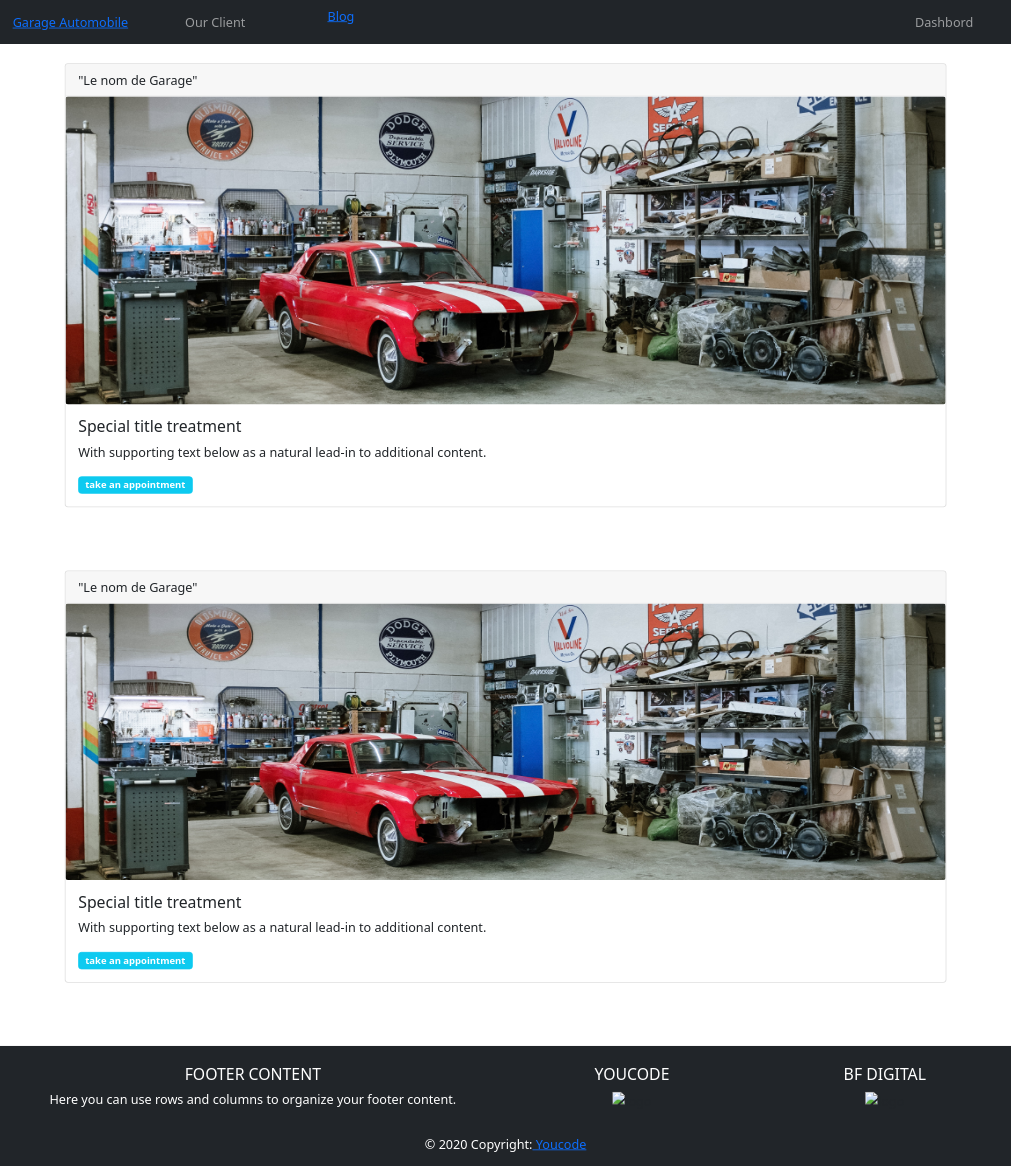
Repository: abdelhak-f/Fil-Rouge
Page: /Blog (app in client/)
The author's editor kept a copy of each file at every save. The page is drawn from the files as they stood at one save, then again after the next save.
The browser window is 1280 px wide. The pictures show the whole page, at 79% of full size.
The project was rebuilt for these pictures with package versions that can differ from the ones it lists, and the page was loaded fresh each time. Also part of the build but not shown: client/src/components/Text.jsx, client/src/components/forms/FirstFrontForm.jsx, client/src/components/Body.jsx.

Above is the page before, as saved 2021-09-08 15:33:38.

### client/public/index.html
<!DOCTYPE html>
<html lang="en">
  <head>
    <meta charset="utf-8" />
    <link rel="icon" href="%PUBLIC_URL%/favicon.ico" />
    <meta name="viewport" content="width=device-width, initial-scale=1" />
    <meta name="theme-color" content="#000000" />
    <meta
      name="description"
      content="Web site created using create-react-app"
    />
    <!--   import bootstrao  -->
    <link
  rel="stylesheet"
  href="https://cdn.jsdelivr.net/npm/bootstrap@5.1.0/dist/css/bootstrap.min.css"
  integrity="sha384-KyZXEAg3QhqLMpG8r+8fhAXLRk2vvoC2f3B09zVXn8CA5QIVfZOJ3BCsw2P0p/We"
  crossorigin="anonymous"
  />

    <link rel="apple-touch-icon" href="%PUBLIC_URL%/logo192.png" />
    <!--
      manifest.json provides metadata used when your web app is installed on a
      user's mobile device or desktop. See https://developers.google.com/web/fundamentals/web-app-manifest/
    -->
    <link rel="manifest" href="%PUBLIC_URL%/manifest.json" />
    <!--
      Notice the use of %PUBLIC_URL% in the tags above.
      It will be replaced with the URL of the `public` folder during the build.
      Only files inside the `public` folder can be referenced from the HTML.

      Unlike "/favicon.ico" or "favicon.ico", "%PUBLIC_URL%/favicon.ico" will
      work correctly both with client-side routing and a non-root public URL.
      Learn how to configure a non-root public URL by running `npm run build`.
    -->
    <title>React App</title>
  </head>
  <body>
    <noscript>You need to enable JavaScript to run this app.</noscript>
    <div id="root"></div>
    <!--
      This HTML file is a template.
      If you open it directly in the browser, you will see an empty page.

      You can add webfonts, meta tags, or analytics to this file.
      The build step will place the bundled scripts into the <body> tag.

      To begin the development, run `npm start` or `yarn start`.
      To create a production bundle, use `npm run build` or `yarn build`.
    -->
  </body>
</html>

### client/src/index.js
import React from 'react';
import ReactDOM from 'react-dom';
import './index.css';
import App from './App';
import reportWebVitals from './reportWebVitals';

// import bootstrap
import 'bootstrap/dist/css/bootstrap.min.css';

ReactDOM.render(
  <React.StrictMode>
    <App />
  </React.StrictMode>,
  document.getElementById('root')
);

// If you want to start measuring performance in your app, pass a function
// to log results (for example: reportWebVitals(console.log))
// or send to an analytics endpoint. Learn more: https://bit.ly/CRA-vitals
reportWebVitals();

### client/src/App.js
// import './App.css';
import React from 'react';

import Navbar from './components/Nnavbar';
import Body from './components/Body';
import Footer from './components/Footer';
import Blog from './components/Blog';

import { BrowserRouter as Router, Switch, Route } from 'react-router-dom';






function App() {
  return (


    <>
<Router>

     <Navbar />




    <Switch>
    <Route  path="/" exact component={Body} />
       <Route  path="/Blog" component={Blog} />
    </Switch>

    <Footer/>
</Router>
    </>

  );
}

export default App;

### client/src/components/Nnavbar.jsx
import React from 'react';
import { NavLink } from 'react-router-dom';

import * as ReactBootstrap from 'react-bootstrap';









function Navbar() {
    return(
      <>

            <ReactBootstrap.Navbar className="mb-5" collapseOnSelect expand="lg" bg="dark" variant="dark" fixed="top">

 <NavLink className="mx-3" to="/">Garage Automobile</NavLink>
 <ReactBootstrap.Navbar.Toggle aria-controls="responsive-navbar-nav" />
 <ReactBootstrap.Navbar.Collapse id="responsive-navbar-nav">
   <ReactBootstrap.Nav className="me-auto">
     <ReactBootstrap.Nav.Link className="mx-5" href="#features">Our Client</ReactBootstrap.Nav.Link>
     <NavLink  className="px-5" to="/blog">Blog</NavLink>
     {/* <ReactBootstrap.NavDropdown title="Dropdown" id="collasible-nav-dropdown">
       <ReactBootstrap.NavDropdown.Item href="#action/3.1">Action</ReactBootstrap.NavDropdown.Item>
       <ReactBootstrap.NavDropdown.Item href="#action/3.2">Another action</ReactBootstrap.NavDropdown.Item>
       <ReactBootstrap.NavDropdown.Item href="#action/3.3">Something</ReactBootstrap.NavDropdown.Item>
       <ReactBootstrap.NavDropdown.Divider />
       <ReactBootstrap.NavDropdown.Item href="#action/3.4">Separated link</ReactBootstrap.NavDropdown.Item>
     </ReactBootstrap.NavDropdown> */}
   </ReactBootstrap.Nav>
   <ReactBootstrap.Nav>
     <ReactBootstrap.Nav.Link href="#deets" className="px-5" > Dashbord</ReactBootstrap.Nav.Link>
     {/* <ReactBootstrap.Nav.Link eventKey={2} href="#memes">
       Admin
     </ReactBootstrap.Nav.Link> */}
   </ReactBootstrap.Nav>
 </ReactBootstrap.Navbar.Collapse>

</ReactBootstrap.Navbar>





</>

    )
}

export default Navbar ;

### client/src/components/Footer.jsx
import React from "react";


function Footer () {
    return(
<footer  className="pt-4 page-footer font-small blue bg-dark ">
    <div className="text-center container-fluid text-md-left ">
        <div className="row">
            <div className="mt-3 text-white col-md-6 mt-md-0">
                <h5 className=" text-uppercase">Footer Content</h5>
                <p >Here you can use rows and columns to organize your footer content.</p>
            </div>

            <hr className="clearfix pb-0 w-100 d-md-none"/>

            <div className="mb-3 col-md-3 mb-md-0">
                <h5 className="text-white text-uppercase">Youcode</h5>
                <img src="" alt="logo" width={300} /></div>

            <div className="mb-3 col-md-3 mb-md-0">
                <h5 className="text-white text-uppercase " >BF Digital</h5>
                <img src="" alt="logo" width={300} />
            </div>
        </div>
    </div>

    <div className="py-3 text-center text-white footer-copyright " >© 2020 Copyright:
        <a href="https://www.youcode.ma/"> Youcode</a>
    </div>

</footer>
)

}

export default Footer

### client/src/components/Blog.jsx
import React from 'react'
import './css/style.css';
import { Container, Card, Button, Badge } from 'react-bootstrap';
import image from '../images/image.jpg';

function Blog() {
  return (

     <Container  className="Blog" >
         {/* first blog */}
         <Card >
           <Card.Header  >"Le nom de Garage"  </Card.Header>
            <Card.Img
            style={{ height: '390px', weiht: '500px' }}
             src={image} />
            <Card.Body>
            <Card.Title>Special title treatment</Card.Title>
            <Card.Text>
                 With supporting text below as a natural lead-in to additional content.
            </Card.Text>
            <div>
            <Button className="badge" variant="info">
               take an appointment
            </Button>
            </div>


           </Card.Body>
        </Card>

        <Card className="Blog">
           <Card.Header  >"Le nom de Garage"  </Card.Header>
            <Card.Img
             style={{ height: '350px', weiht: '500px' }}
            src={image} />
            <Card.Body>
            <Card.Title>Special title treatment</Card.Title>
            <Card.Text>
                 With supporting text below as a natural lead-in to additional content.
            </Card.Text>
            <Button className="badge" variant="info">take an appointment</Button>
           </Card.Body>
        </Card>

        {/* second blog */}

     </Container>


  )

}

export default Blog

### client/src/components/css/style.css

.Blog {
    margin-top: 5rem;
    margin-bottom: 5rem;
  }

Loaded but not shown: client/src/index.css (common file); client/src/reportWebVitals.js (common file)

After the next save:
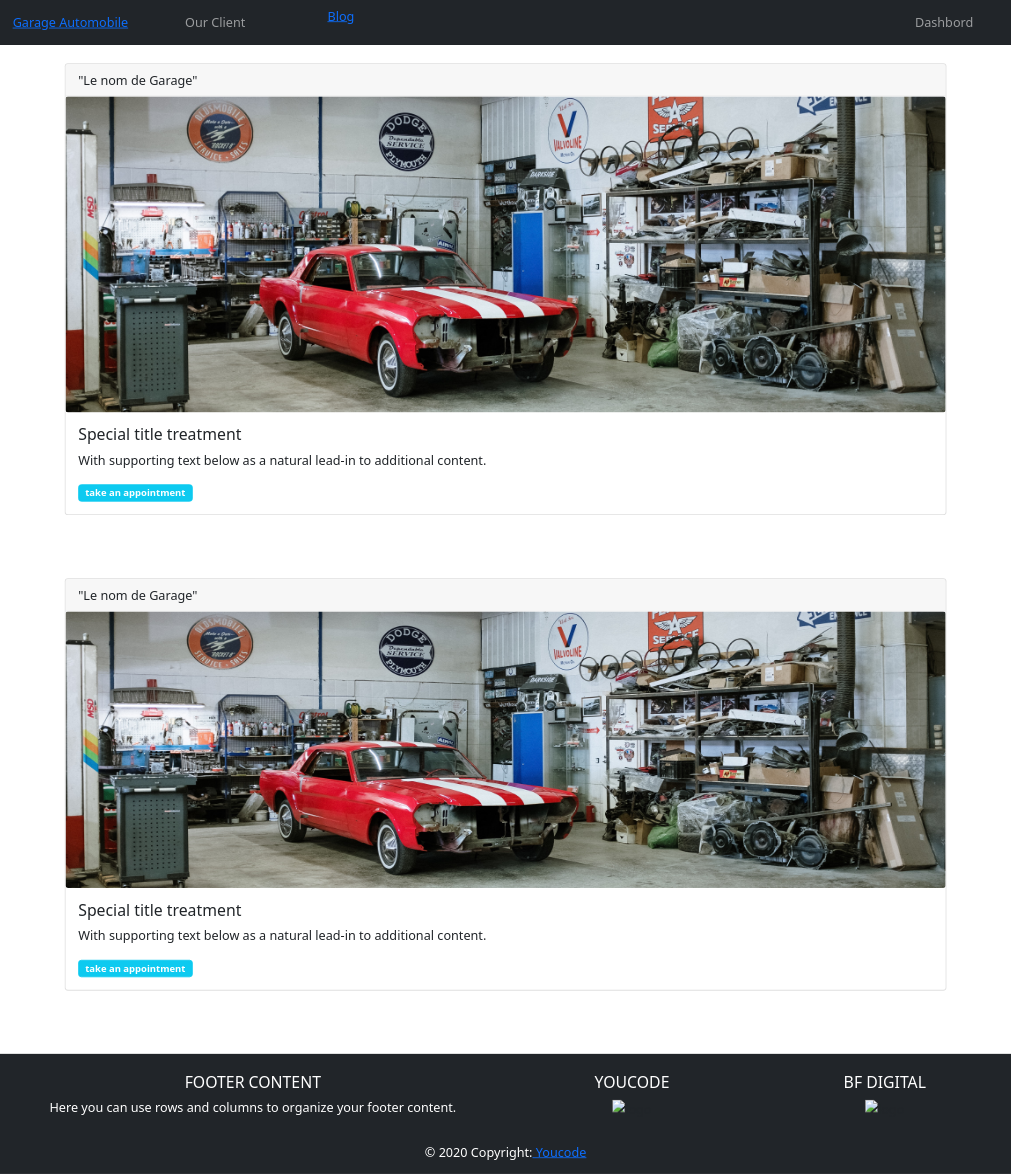
Saved 8 s later.
--- a/client/src/components/Blog.jsx
+++ b/client/src/components/Blog.jsx
@@ -11,7 +11,7 @@ function Blog() {
          <Card >
            <Card.Header  >"Le nom de Garage"  </Card.Header>
             <Card.Img
-            style={{ height: '390px', weiht: '500px' }}
+            style={{ height: '400px', weiht: '500px' }}
              src={image} />
             <Card.Body>
             <Card.Title>Special title treatment</Card.Title>
